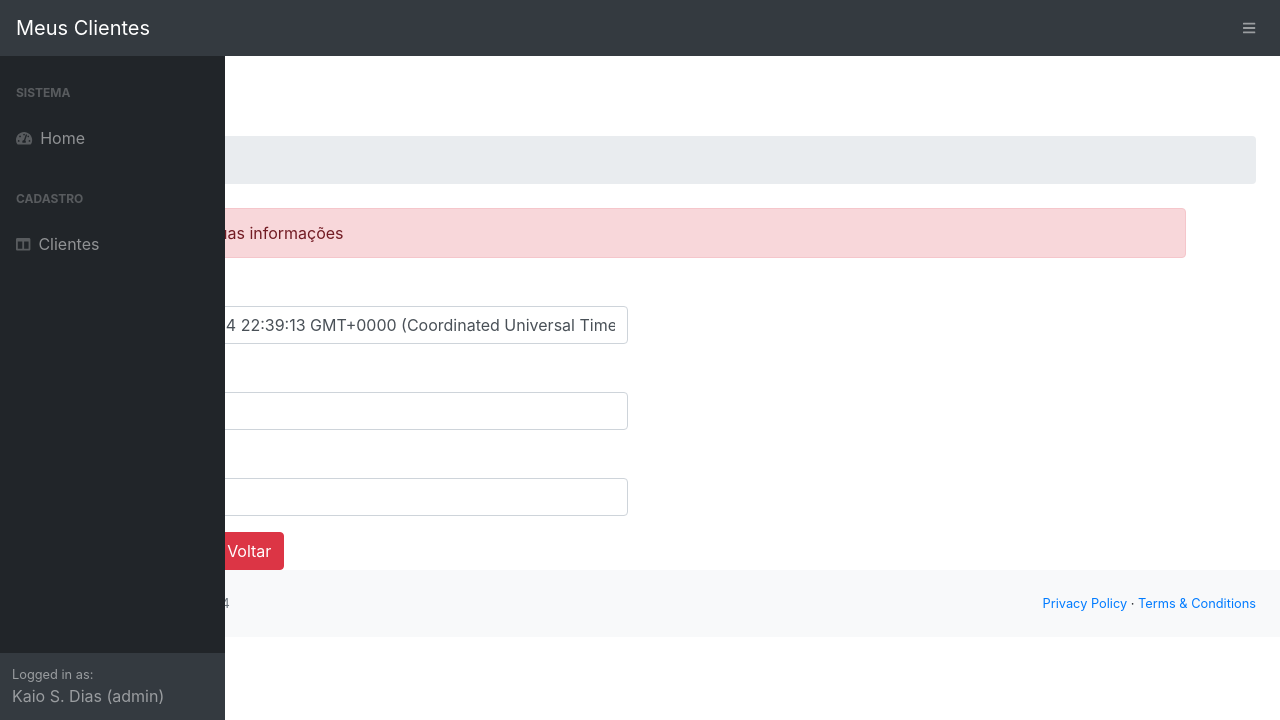
Repository: Kaio-Dias/Angular-Springboot
Page: /users-form (app in Frontend/clients-app/)
The author's editor kept a copy of each file at every save. The page is drawn from the files as they stood at one save, then again after the next save.
The browser window is 1280 px wide. The pictures show the whole page.
The page's requests for data from a server got no answer. Some web libraries are served in a nearby version. The project was rebuilt for these pictures with package versions that can differ from the ones it lists, and the page was loaded fresh each time. No one was signed in, and anything a server would have sent is missing. Also part of the build but not shown: Frontend/clients-app/angular.json, Frontend/clients-app/src/app/home/home.component.ts, Frontend/clients-app/src/app/users/users-list/users-list.component.ts.

Above is the page before, as saved 2024-07-12 16:15:14.

### Frontend/clients-app/src/index.html
<!doctype html>
<html lang="en">
<head>
  <meta charset="utf-8">
  <title>ClientsApp</title>
  <base href="/">
  <meta name="viewport" content="width=device-width, initial-scale=1">
  <link rel="icon" type="image/x-icon" href="favicon.ico">
  <script src="https://cdnjs.cloudflare.com/ajax/libs/font-awesome/5.11.2/js/all.min.js" crossorigin="anonymous"></script>
</head>
<body class="sb-nav-fixed">
  <app-root></app-root>
</body>
</html>

### Frontend/clients-app/src/app/app.component.ts
import { Component } from '@angular/core';
import { RouterModule, RouterOutlet } from '@angular/router';
import { routes } from './app.routes';
import { UsersService } from './users.service';
import { HttpClientModule } from '@angular/common/http';
import { CommonModule } from '@angular/common';

import { HomeComponent } from './home/home.component';
import {TemplateModule} from './template/template.module';
import {UsersModule} from './users/users.module';

@Component({
  selector: 'app-root',
  standalone: true,
  imports: [
    RouterOutlet,
    HomeComponent,
    TemplateModule,
    CommonModule,
    UsersModule,
    HttpClientModule
  ],
  providers:[
    UsersService
  ],
  templateUrl: './app.component.html',
  styleUrls: ['./app.component.css']
})
export class AppComponent {
  title = 'clients-app';
}

### Frontend/clients-app/src/app/app.routes.ts
import { Routes } from '@angular/router';
import { UsersFormComponent } from './users/users-form/users-form.component';
import { HomeComponent } from './home/home.component';
import { UsersListComponent } from './users/users-list/users-list.component';

export const routes: Routes = [
    { path: '', redirectTo: '/home', pathMatch: 'full' },
    { path: 'home', component: HomeComponent },
    { path: 'users-form', component: UsersFormComponent },
    { path: 'users-form/:id', component: UsersFormComponent},
    { path: 'users-list', component: UsersListComponent },

];

### Frontend/clients-app/src/app/app.component.html
<app-navbar></app-navbar>
<div id="layoutSidenav">
  <app-sidebar></app-sidebar>
  <div id="layoutSidenav_content">
    <main>
      <div class="container-fluid">
        <router-outlet></router-outlet>
      </div>
      <footer class="py-4 bg-light mt-auto">
        <div class="container-fluid">
            <div class="d-flex align-items-center justify-content-between small">
                <div class="text-muted">Copyright &copy; Client Manager 2024</div>
                <div>
                    <a href="#">Privacy Policy</a>
                    &middot;
                    <a href="#">Terms &amp; Conditions</a>
                </div>
            </div>
        </div>
    </footer>
    </main>
  </div>
</div>

### Frontend/clients-app/src/app/users.service.ts
import { Injectable } from '@angular/core';
import { UserModel } from './users/UserModel';
import { HttpClient, HttpHeaders } from '@angular/common/http';
import { Observable } from 'rxjs';


@Injectable({
  providedIn: 'root'
})
export class UsersService {

  private user: UserModel[] = [];

  private apiUrl = 'http://localhost:8084/api/users';

  constructor(private http: HttpClient) {

  }

  save(user:UserModel) : Observable<UserModel[]>{
    const headers = new HttpHeaders({'Content-Type': 'application/json'});
    return this.http.post<UserModel[]>(this.apiUrl, user, {headers})
  }

  getUsers(): Observable<UserModel[]> {
    return this.http.get<UserModel[]>(this.apiUrl);
  }

  getUserById(id: number): Observable<UserModel> {
    return this.http.get<UserModel>(`${this.apiUrl}/${id}`);
  }
}

### Frontend/clients-app/src/app/template/template.module.ts
import { NgModule } from '@angular/core';
import { CommonModule } from '@angular/common';
import { NavbarComponent } from './navbar/navbar.component';
import {SidebarComponent } from './sidebar/sidebar.component';
import { RouterModule } from '@angular/router';



@NgModule({
  declarations: [],
  imports: [
    CommonModule,
    RouterModule,
    NavbarComponent,
    SidebarComponent
  ],
  exports: [
    NavbarComponent,
    SidebarComponent
  ]
})
export class TemplateModule { }

### Frontend/clients-app/src/app/users/users.module.ts
import { NgModule } from '@angular/core';
import { CommonModule } from '@angular/common';
import { FormsModule } from '@angular/forms'

import { UsersRoutingModule } from './users-routing.module';
import { UsersFormComponent } from './users-form/users-form.component';
import { UsersListComponent } from './users-list/users-list.component';
import { RouterModule } from '@angular/router';


@NgModule({
  declarations: [],
  imports: [
    FormsModule,
    CommonModule,
    UsersRoutingModule,
    UsersFormComponent,
    UsersListComponent,
    RouterModule
  ],
  exports:[
    UsersFormComponent
  ]
})
export class UsersModule { }

### Frontend/clients-app/src/app/users/users-form/users-form.component.ts
import { Component, OnInit } from '@angular/core';
import { FormsModule } from '@angular/forms';

import { UserModel } from '../UserModel';
import { UsersService } from '../../users.service'
import { response} from 'express';
import { CommonModule } from '@angular/common';
import { Router, ActivatedRoute, RouterModule } from '@angular/router'

@Component({
  selector: 'app-users-form',
  standalone: true,
  imports: [FormsModule, CommonModule],
  templateUrl: './users-form.component.html',
  styleUrls: ['./users-form.component.css']
})
export class UsersFormComponent implements OnInit {

  user: UserModel = new UserModel();
  success: boolean = false;

  constructor(private usersService: UsersService,
    private router:Router,
    private activatedRoute: ActivatedRoute
  ) {}

  ngOnInit(): void { //Criei para testar a chamada à API
    this.user = new UserModel(); // Inicialize user com um novo objeto UserModel
    this.loadUser(0); // Por exemplo, carregando o usuário com id 1
  }

  loadUser(id: number): void {
    this.usersService.getUserById(id).subscribe((data: UserModel) => {
      this.user = data;
    });
  } //Criado para testar

  backRegister(){
    this.router.navigate(['/users-list'])
  }

  onSubmit(): void{
    this.usersService.save(this.user).subscribe(response => {
      this.success = true;
    }, errorResponse =>
      console.log(errorResponse.error.errors)
  )
  }
}

### Frontend/clients-app/src/app/template/navbar/navbar.component.ts
import { Component, AfterViewInit } from '@angular/core';

@Component({
  selector: 'app-navbar',
  standalone: true,
  imports: [],
  templateUrl: './navbar.component.html',
  styleUrl: './navbar.component.css'
})
export class NavbarComponent {

}

### Frontend/clients-app/src/app/users/users-routing.module.ts
import { NgModule } from '@angular/core';
import { RouterModule, Routes } from '@angular/router';
import { UsersFormComponent } from './users-form/users-form.component';

const routes: Routes = [
  { path: 'users-form', component: UsersFormComponent}
];

@NgModule({
  imports: [RouterModule.forChild(routes)],
  exports: [RouterModule]
})
export class UsersRoutingModule { }

### Frontend/clients-app/src/app/users/users-form/users-form.component.html
<h1 class="mt-4">Clientes</h1>
<ol class="breadcrumb mb-4">
    <li class="breadcrumb-item active">{{user.id ? 'Edicao' : 'Cadastro'}}</li>
</ol>
<div class="container">
        <form #userForm="ngForm" (ngSubmit)="onSubmit()">
            <div class="row">
                <div class="col-md-12">
                    <div class="alert alert-success" role="alert" *ngIf="success==true">
                        Cliente salvo/atualizado com sucesso!
                    </div>
                    <div class="alert alert-danger" role="alert" *ngIf="success==false">
                        Erro. Revise suas informações
                    </div>
                </div>
            </div>

        <div class="row" *ngIf="user.id">
            <div class="col-md-6">
                <div class="form-group">
                    <label>ID: </label>
                    <input type="text" class="form-control" [(ngModel)]="user.id" name="id" disabled="true">
                </div>
            </div>
        </div>

        <div class="row" *ngIf="user.registered_date">
            <div class="col-md-6">
                <div class="form-group">
                    <label for="registered_date">Data Cadastro: </label>
                    <input type="text" id="registered_date" class="form-control" [(ngModel)]="user.registered_date" name="registered_date" class="form-control" required>
                </div>
            </div>
        </div>

        <div class="row">
            <div class="col-md-6">
                <div class="form-group">
                    <label>Nome: *</label>
                    <input type="text" class="form-control" [(ngModel)]="user.username" name="username"/>
                </div>
            </div>
        </div>

        <div class="row">
            <div class="col-md-6">
                <div class="form-group">
                    <label>CPF: *</label>
                    <input type="text" class="form-control" [(ngModel)]="user.cpf" name="cpf" >
                </div>
            </div>
        </div>

        <div class="row">
            <div class="col-md-3">
                <button type="submit" class="btn btn-success" *ngIf="!user.id">
                    <i class="fa fa-save" ></i> Salvar
                </button>

                <button type="submit" class="btn btn-primary" *ngIf="user.id">
                    <i class="fa fa-save" ></i> Salvar
                </button>

                <button type="button" class="btn btn-danger ml-2" (click)="backRegister()">
                    <i class="fa fa-arrow-alt-circle-left" ></i> Voltar
                </button>
            </div>
        </div>
    </form>
</div>

### Frontend/clients-app/src/app/users/UserModel.ts
import { format } from "node:util";

export class UserModel {
    id: number;
    username: string;
    cpf: string;
    registered_date: Date;
    data1: string;

    constructor(id: number = 0, username: string = "", cpf: string = "", registered_date: Date= new Date(), data1: string="") {
      this.id = id;
      this.username = username;
      this.cpf = cpf;
      this.registered_date = registered_date;
      this.data1 = data1;
  }
}

### Frontend/clients-app/src/app/template/navbar/navbar.component.html
<nav class="sb-topnav navbar navbar-extend navbar-dark bg-dark">
    <a class="navbar-brand" href="#">Meus Clientes</a>
    <button class="btn btn-link btn-sm order-1 order-lg-0" id="sidebarToggle">
        <i class="fas fa-bars"></i>
    </button>
</nav>

### Frontend/clients-app/src/app/template/sidebar/sidebar.component.html
<div id="layoutSidenav">
    <div id="layoutSidenav_nav">
        <nav class="sb-sidenav accordion sb-sidenav-dark" id="sidenavAccordion">
            <div class="sb-sidenav-menu">
                <div class="nav">
                    <div class="sb-sidenav-menu-heading">Sistema</div>
                    <a class="nav-link" href="/home"
                        ><div class="sb-nav-link-icon"><i class="fas fa-tachometer-alt"></i></div>
                        Home</a
                    >
                    <div class="sb-sidenav-menu-heading">Cadastro</div>
                    <a class="nav-link collapsed" href="/users-list" data-toggle="collapse" data-target="#collapseLayouts" aria-expanded="false" aria-controls="collapseLayouts"
                        ><div class="sb-nav-link-icon"><i class="fas fa-columns"></i></div>
                        Clientes
                    </a>
                    <div class="collapse" id="collapseLayouts" aria-labelledby="headingOne" data-parent="#sidenavAccordion">
                        <nav class="sb-sidenav-menu-nested nav"><a class="nav-link" href="layout-static.html">Static Navigation</a><a class="nav-link" href="layout-sidenav-light.html">Light Sidenav</a></nav>
                    </div>
                    </div>
                </div>
            <div class="sb-sidenav-footer">
                <div class="small">Logged in as:</div>
                Kaio S. Dias (admin)
            </div>
        </nav>
    </div>

Loaded but not shown: Frontend/clients-app/src/styles.css (library); Frontend/clients-app/src/main.ts (common file); Frontend/clients-app/src/app/app.config.ts (common file); Frontend/clients-app/src/app/app.component.css (library); Frontend/clients-app/src/app/template/sidebar/sidebar.component.ts (common file); Frontend/clients-app/src/app/template/navbar/navbar.component.css (no stored copy; drawn as an empty file); Frontend/clients-app/src/app/template/sidebar/sidebar.component.css (no stored copy; drawn as an empty file); Frontend/clients-app/src/app/users/users-form/users-form.component.css (no stored copy; drawn as an empty file)

After the next save:
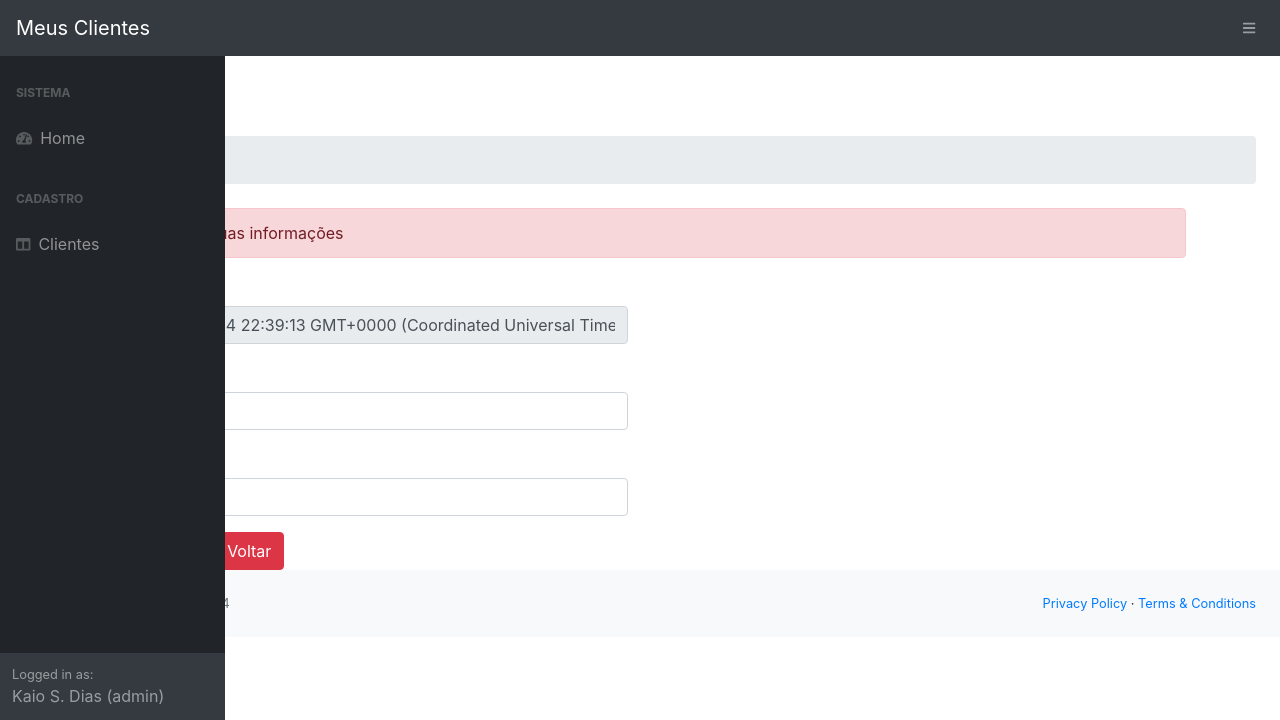
Saved 55 s later.
--- a/Frontend/clients-app/src/app/users/users-form/users-form.component.html
+++ b/Frontend/clients-app/src/app/users/users-form/users-form.component.html
@@ -28,7 +28,7 @@
             <div class="col-md-6">
                 <div class="form-group">
                     <label for="registered_date">Data Cadastro: </label>
-                    <input type="text" id="registered_date" class="form-control" [(ngModel)]="user.registered_date" name="registered_date" class="form-control" required>
+                    <input type="text" id="registered_date" class="form-control" [(ngModel)]="user.registered_date" name="registered_date" class="form-control" required disabled="true">
                 </div>
             </div>
         </div>
